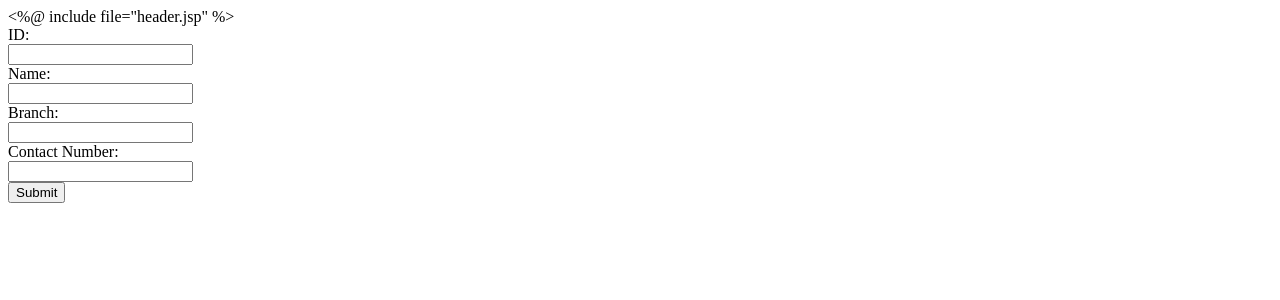
Repository: Aviligonda/Servlet_Programs
Page: StudentManagementSystem/src/main/webapp/register.html
The author's editor kept a copy of each file at every save. The page is drawn from the files as they stood at one save, then again after the next save.
The browser window is 1280 px wide. The pictures show the whole page.

Above is the page before, as saved 2024-11-24 15:03:41.

After the next save:
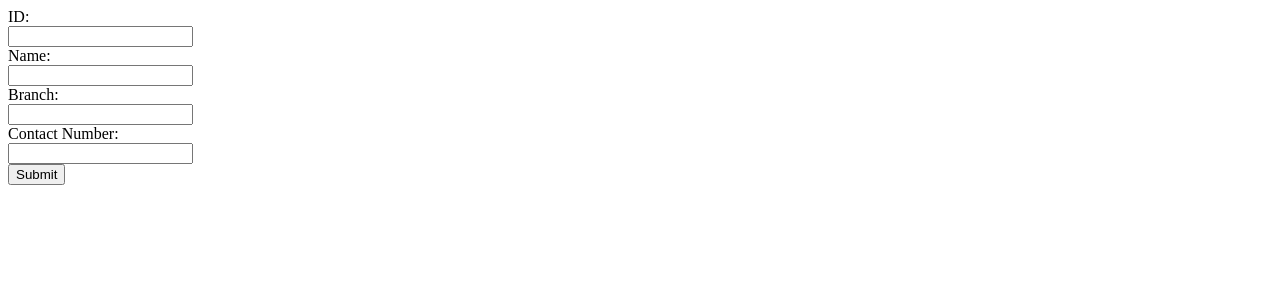
Saved 7 s later.
--- a/StudentManagementSystem/src/main/webapp/register.html
+++ b/StudentManagementSystem/src/main/webapp/register.html
@@ -1,5 +1,5 @@
 <!DOCTYPE html>
-<%@ include file="header.jsp" %>
+
 <html>
 <head>
 <meta charset="UTF-8">
